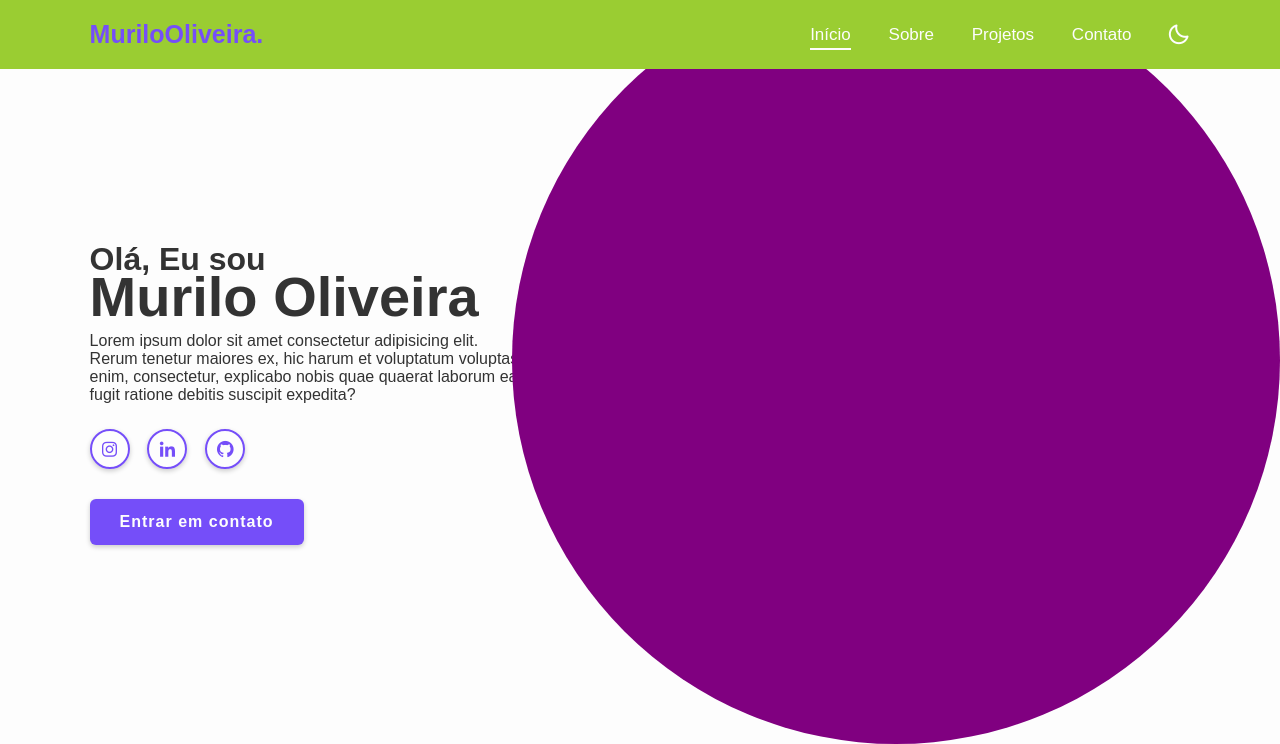
Repository: devMuriloOliveira/Portfolio-
Page: index.html
The author's editor kept a copy of each file at every save. The page is drawn from the files as they stood at one save, then again after the next save.
The browser window is 1280 px wide. The pictures show the whole page.

Above is the page before, as saved 2023-03-11 14:56:15.

After the next save:
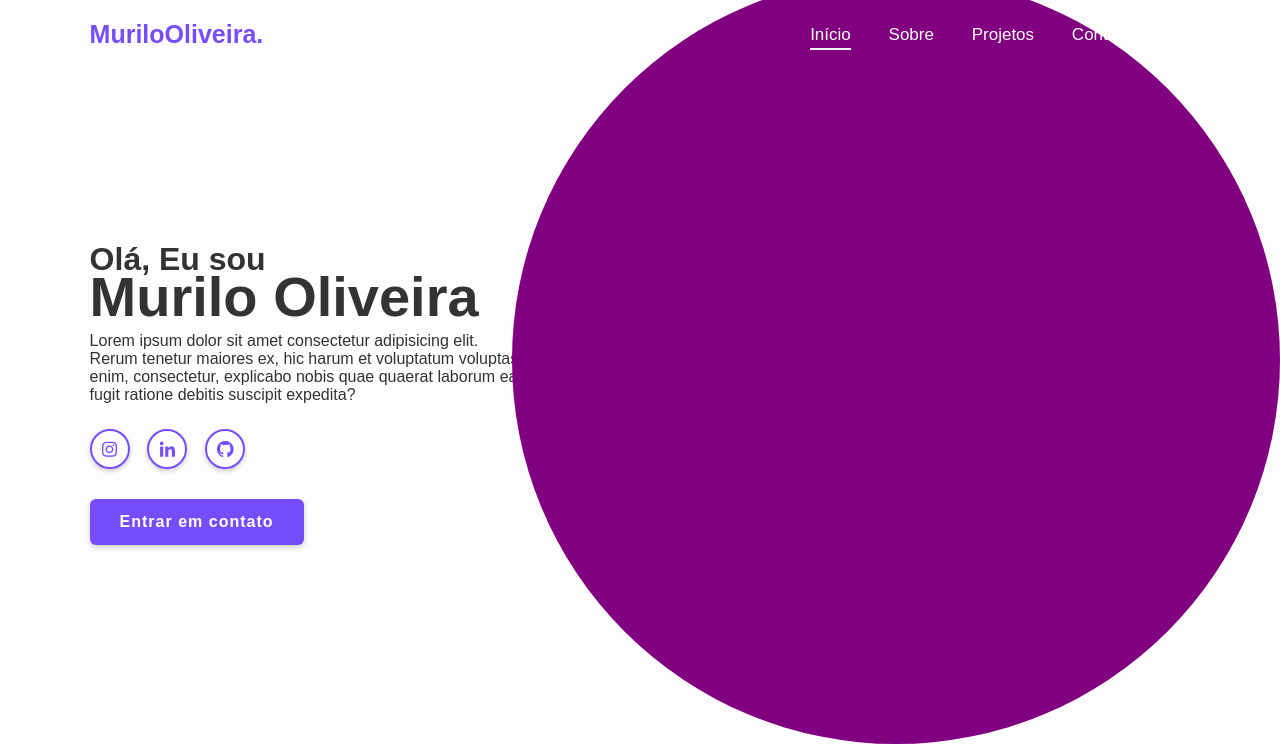
Saved 22 s later.
--- a/style.css
+++ b/style.css
@@ -33,7 +33,7 @@ body{
   left: 0;
   width: 100%;
   padding: 2rem 7%;
-  background: yellowgreen;
+  background: transparent;
   display: flex;
   align-items: center;
   z-index: 100;
